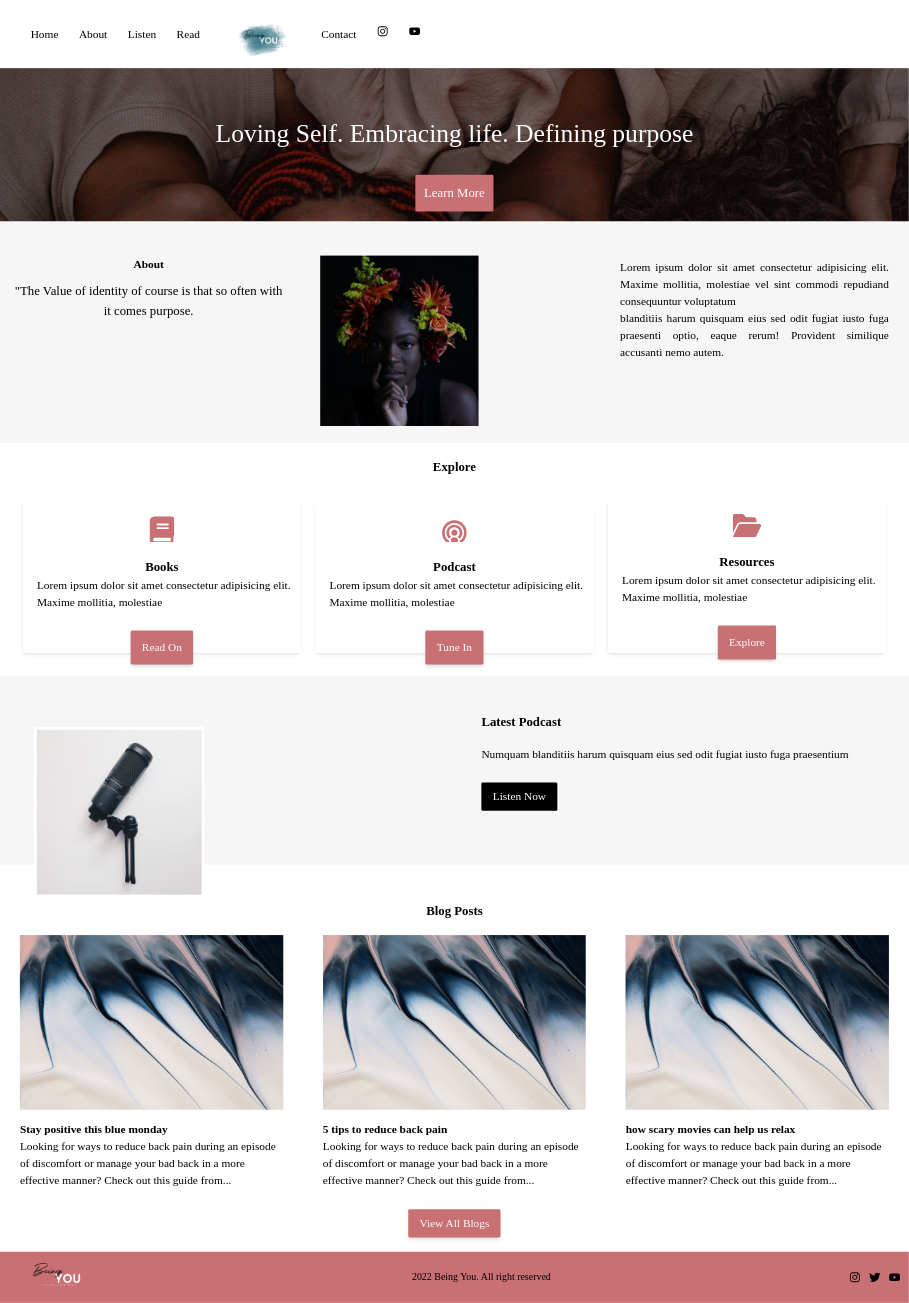
Repository: BrightonMboya/being-you
Page: /
These files come from the project's save history. The page is drawn as it stood at one moment and after the next save; the edit follows.
The browser window is 1280 px wide. The pictures show the whole page, at 71% of full size.
The project was rebuilt for these pictures with package versions that can differ from the ones it lists, and the page was loaded fresh each time.

Above is the page before, as saved 2022-05-29 11:45:42.

After the next save:
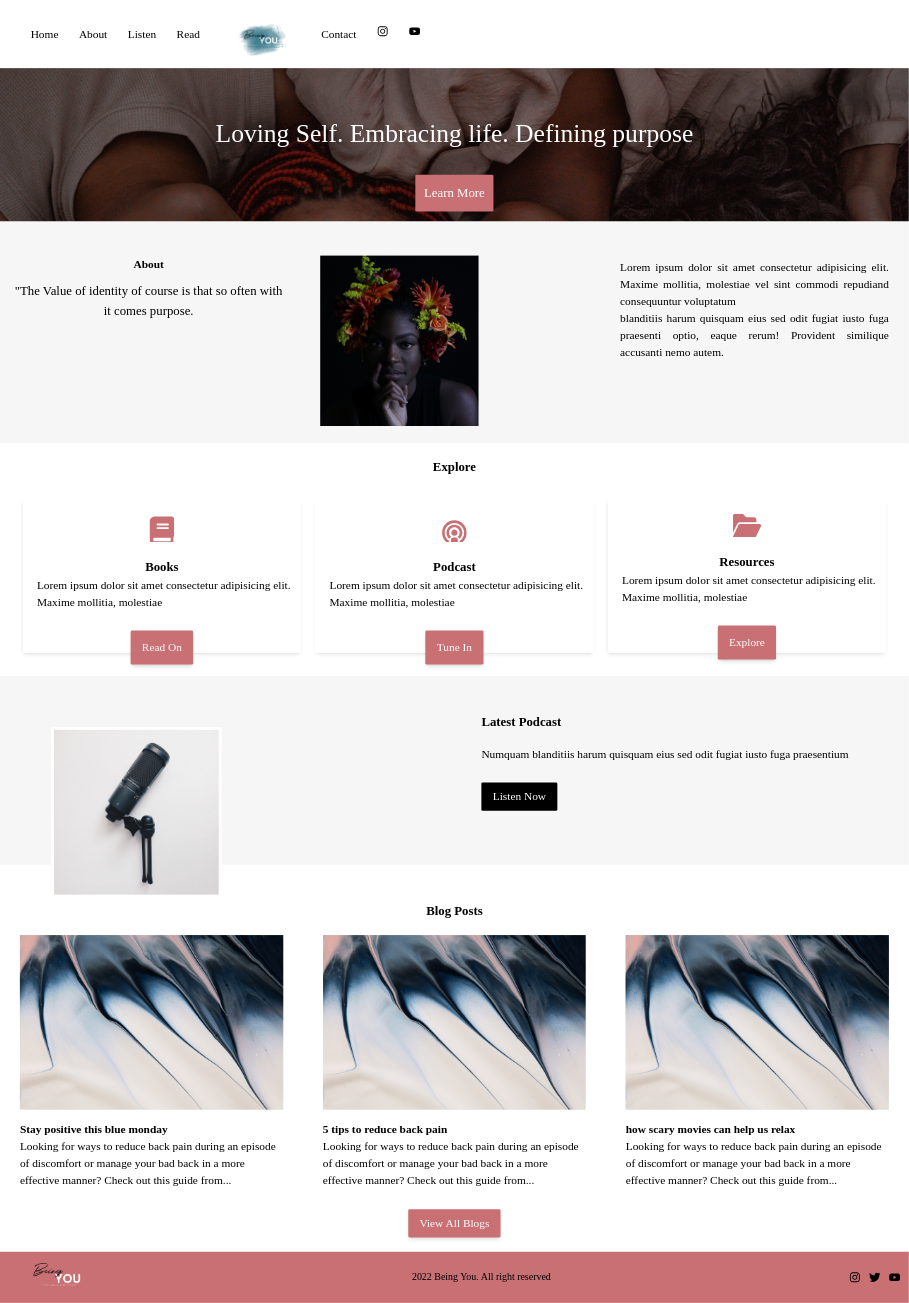
Saved 12 s later.
--- a/src/Components/Podcast/Podcast.jsx
+++ b/src/Components/Podcast/Podcast.jsx
@@ -8,7 +8,7 @@ const Podcast = () => {
         <img
           src={mic}
           alt=""
-          className="h-40 w-15 object-cover  mt-[10vh] border-4 border-white md:h-60 w-70 ml-12"
+          className="h-40 w-15 object-cover  mt-[10vh] border-4 border-white md:h-60 w-70 ml-[10vh]"
         />
         <div className="mt-[7vh] ml-7">
           <h3 className="font-semibold md:text-lg">Latest Podcast</h3>
